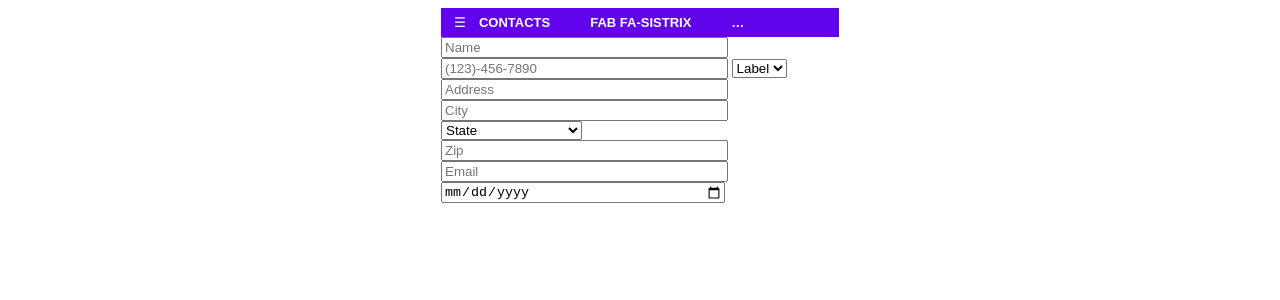
Repository: Sc-Juju/Mobile-Form
Page: index.html
An editor plug-in stored every save of this project. The page is shown before and after the next save, followed by the edit.
The browser window is 1280 px wide. The pictures show the whole page.
Some web libraries are served in a nearby version.

Above is the page before, as saved 2022-10-27 16:53:10.

After the next save:
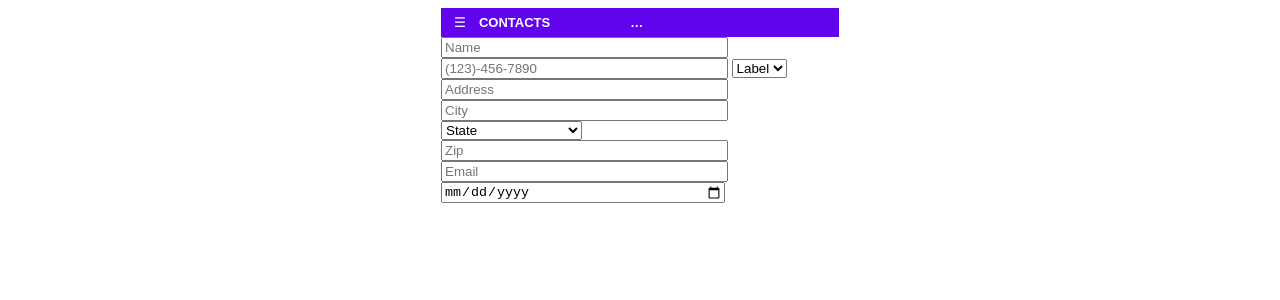
Saved 9 min 10 s later.
--- a/index.html
+++ b/index.html
@@ -7,6 +7,10 @@
 		<meta name="description" content="" />
 		<meta name="viewport" content="width=device-width, initial-scale=1" />
 		<link rel="stylesheet" href="./style.css" />
+		<script
+			src="https://kit.fontawesome.com/020fb16134.js"
+			crossorigin="anonymous"
+		></script>
 	</head>
 	<body>
 		<header>
@@ -20,7 +24,7 @@
 						<a href="#">Contacts</a>
 					</li>
 					<li class="nav-link">
-						<a href="#">fab fa-sistrix</a>
+						<a href="#"></a>
 					</li>
 					<li class="nav-link">
 						<a href="#">&hellip;</a>
